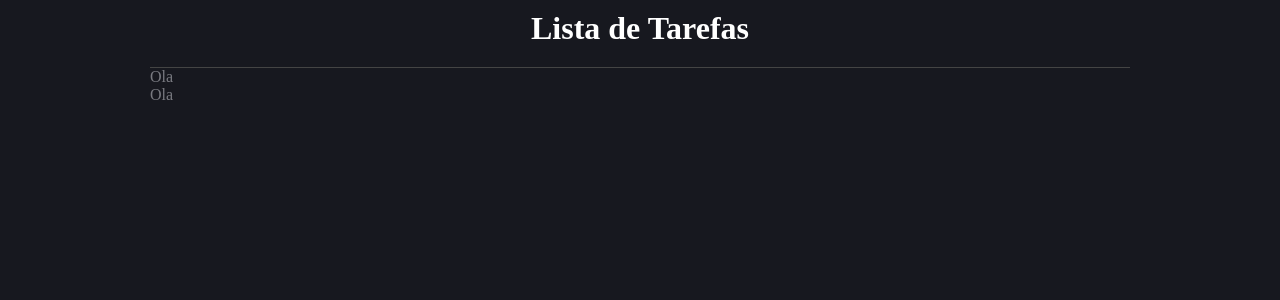
Repository: Wink07/lista-tarefas
Page: /
An editor plug-in stored every save of this project. The page is shown before and after the next save, followed by the edit.
The browser window is 1280 px wide. The pictures show the whole page.
The project was rebuilt for these pictures with package versions that can differ from the ones it lists, and the page was loaded fresh each time. Also part of the build but not shown: vite.config.ts.

Above is the page before, as saved 2022-05-10 18:23:02.

After the next save:
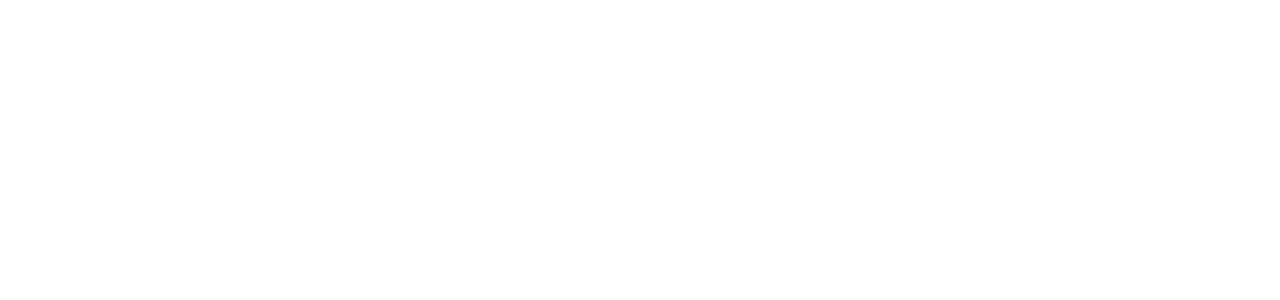
Console error: TypeError: Cannot read properties of undefined (reading 'name')
Saved 21 s later.
--- a/src/components/ListItem/index.tsx
+++ b/src/components/ListItem/index.tsx
@@ -9,7 +9,7 @@
 export const ListItem = ({item }: Props) => {
     return (
         <C.Container>
-            Ola
+            {item.name}
         </C.Container>
     )
 }

After the save that followed:
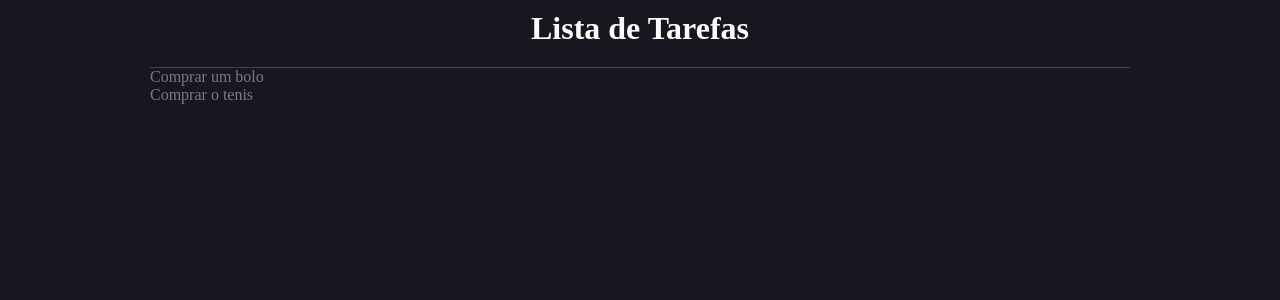
The error is gone.
Saved 8 s later.
--- a/src/App.tsx
+++ b/src/App.tsx
@@ -19,7 +19,7 @@
           {}
 
           {list.map((item, index) => (
-            <ListItem/>
+            <ListItem key={index} item={item}/>
           ))}
 
       </C.Area>
